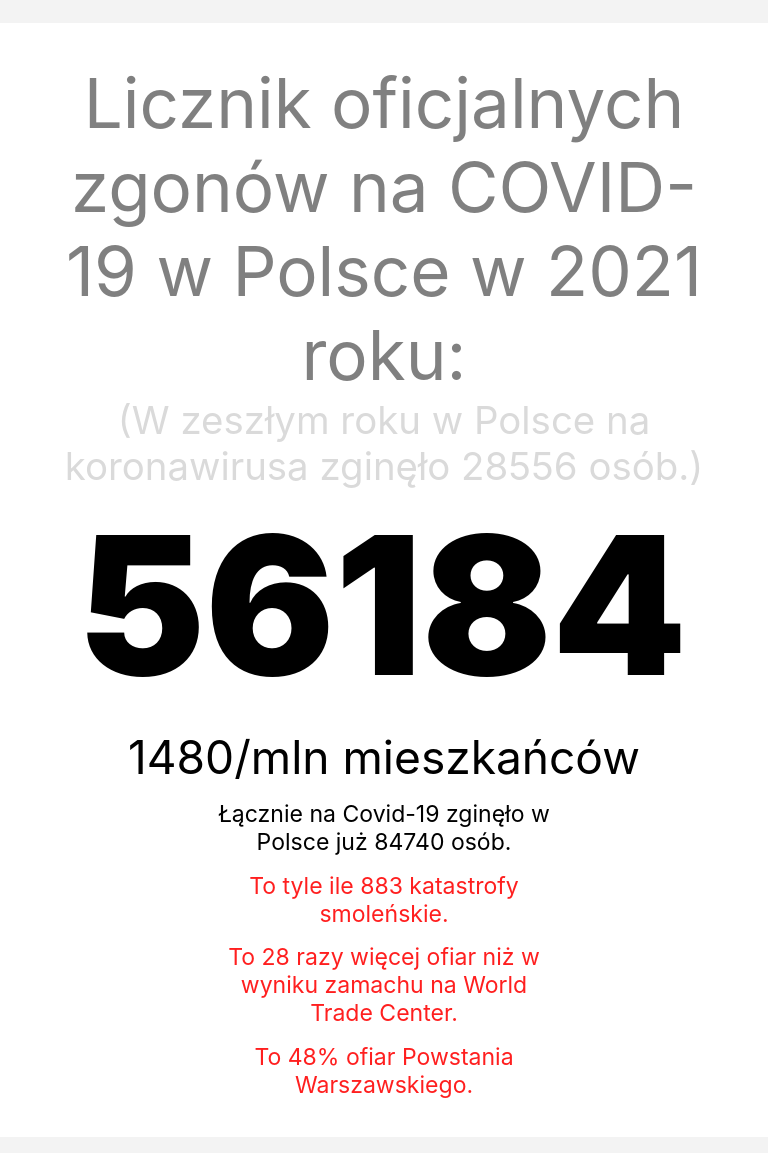
Repository: michalgornicki/poland-covid
Page: /
An editor plug-in stored every save of this project. The page is shown before and after the next save, followed by the edit.
The browser window is 768 px wide. The pictures show the whole page.
The project was rebuilt for these pictures with package versions that can differ from the ones it lists, and the page was loaded fresh each time.

Above is the page before, as saved 2021-12-04 19:54:02.

### src/App.jsx
import React, { useEffect } from "react";
import "./App.css";

function App() {
  const startTime = () => {
    const date = new Date();
    let miliseconds = date.getTime();
    let seconds = Math.round(miliseconds / 1000);
    let thisYearSeconds = Math.round(seconds - 1609401600);
    let deaths = Math.round(thisYearSeconds * 0.00192110763);
    let allDeaths = deaths + 28556;
    let smolensk = Math.round(allDeaths / 96);
    let tradeCenter = Math.round(allDeaths / 2977);
    let uprising = (allDeaths / 175000).toFixed(2) * 100;


    document.getElementsByClassName("counter")[0].innerHTML = deaths;
    let deathsPerMillion = Math.round(deaths / 37.95);
    document.getElementsByClassName("counter-2")[0].innerHTML =
      deathsPerMillion + "/mln mieszkańców";
    document.getElementsByClassName("counter-3")[0].innerHTML =
      "Łącznie na Covid-19 zginęło w Polsce już " + (deaths + 28556) + " osób.";
    document.getElementsByClassName("counter-4")[0].innerHTML =
      "To tyle ile " + smolensk + " katastrofy smoleńskie.";
      document.getElementsByClassName("counter-4")[1].innerHTML =
      "To " + tradeCenter + " razy więcej ofiar niż w wyniku zamachu na World Trade Center.";
      document.getElementsByClassName("counter-4")[2].innerHTML =
      "To " + uprising + "%" + " ofiar Powstania Warszawskiego.";

    setTimeout(startTime, 1000);
  };

  useEffect(() => {
    startTime();
  });

  return (
    <p>
      <div className="text-container">
        <div className="header">
          Licznik oficjalnych zgonów na COVID-19 w Polsce w 2021 roku:
        </div>
        <div className="header-2">
          (W zeszłym roku w Polsce na koronawirusa zginęło 28556 osób.)
        </div>
        <div className="counter">{""}</div>
        <div className="counter-2">{""}</div>
        <div className="counter-3"></div>
        <div className="counter-4"></div>
        <div className="counter-4"></div>
        <div className="counter-4"></div>
      </div>
    </p>
  );
}

export default App;

### src/App.css
body{
    background-color: rgb(243, 243, 243);
}

.text-container{
    display: block;
    margin: auto;
    margin-top: 3%;
    background-color: white;
    width: 60%;
    padding: 5vmin;
}

.header{
    font-size: 6vmin;
    display: block;
    margin: auto;
    width: 50%;
    text-align: center;
    color: gray;
}

.header-2{
    font-size: 2vmin;
    display: block;
    margin: auto;
    width: 50%;
    text-align: center;
    color: rgb(218, 218, 218);
}

.counter{
    font-size: 20vmin;
    font-weight: 900;
    display: block;
    margin: auto;
    width: 50%;
    text-align: center;
    color: rgb(0, 0, 0);
}

.counter-2{
    font-size: 3vmin;
    display: block;
    margin: auto;
    margin-top: 1vmin;
    width: 50%;
    text-align: center;
}

.counter-3{
    font-size: 3vmin;
    display: block;
    margin: auto;
    margin-top: 2vmin;
    width: 50%;
    text-align: center;
    color: rgb(0, 0, 0);
}

.counter-4{
    font-size: 3vmin;
    display: block;
    margin: auto;
    margin-top: 2vmin;
    width: 50%;
    text-align: center;
    color: rgb(255, 31, 31);
}

@media only screen and (max-width: 800px) {

    .text-container{
        display: block;
        margin: auto;
        margin-top: 3%;
        background-color: white;
        width: 90%;
        padding: 5vmin;
    }

    .header{
        font-size: 9vmin;
        display: block;
        margin: auto;
        width: 100%;
        text-align: center;
        color: gray;
    }

    .header-2{
        font-size: 5vmin;
        display: block;
        margin: auto;
        width: 100%;
        text-align: center;
        color: rgb(218, 218, 218);
    }

    .counter{
        font-size: 25vmin;
        font-weight: 900;
        display: block;
        margin: auto;
        width: fit-content;
        text-align: center;
        color: rgb(0, 0, 0);
    }

    .counter-2{
        font-size: 6vmin;
        display: block;
        margin: auto;
        margin-top: 1vmin;
        width: fit-content;
        text-align: center;
    }

    .counter-3{
        font-size: 3vmin;
        display: block;
        margin: auto;
        margin-top: 2vmin;
        width: 50%;
        text-align: center;
        color: rgb(0, 0, 0);
    }

    .counter-4{
        font-size: 3vmin;
        display: block;
        margin: auto;
        margin-top: 2vmin;
        width: 50%;
        text-align: center;
        color: rgb(255, 31, 31);
    }
}

Loaded but not shown: public/index.html (common file); src/index.js (common file); src/index.css (common file); src/reportWebVitals.js (common file)

After the next save:
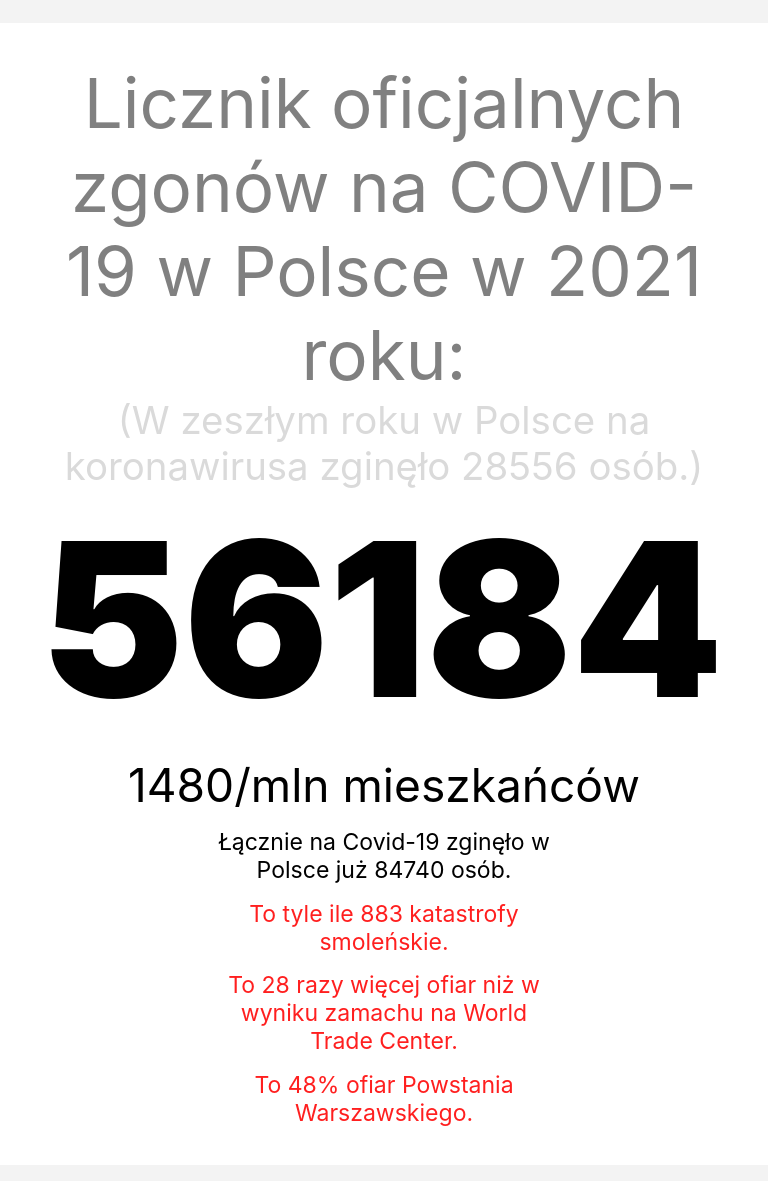
Saved 5 s later.
--- a/src/App.css
+++ b/src/App.css
@@ -98,7 +98,7 @@ body{
     }
 
     .counter{
-        font-size: 25vmin;
+        font-size: 28vmin;
         font-weight: 900;
         display: block;
         margin: auto;
